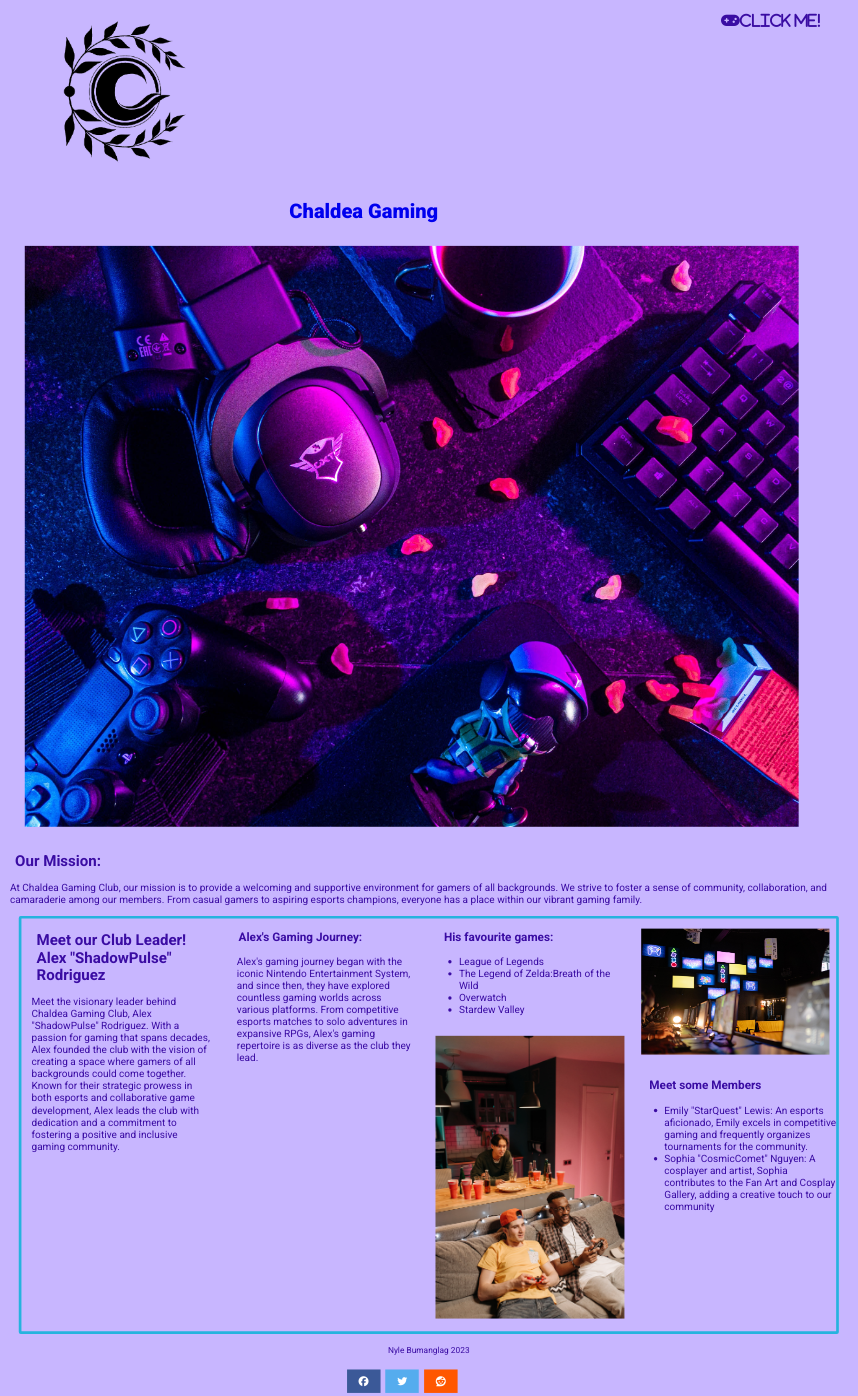
Repository: NyleNC/School-Projects
Page: Hmtl and CSS project/Club.html
An editor plug-in stored every save of this project. The page is shown before and after the next save, followed by the edit.
The browser window is 1280 px wide. The pictures show the whole page, at 67% of full size.
Some web libraries are served in a nearby version.

Above is the page before, as saved 2025-01-05 17:17:05.

After the next save:
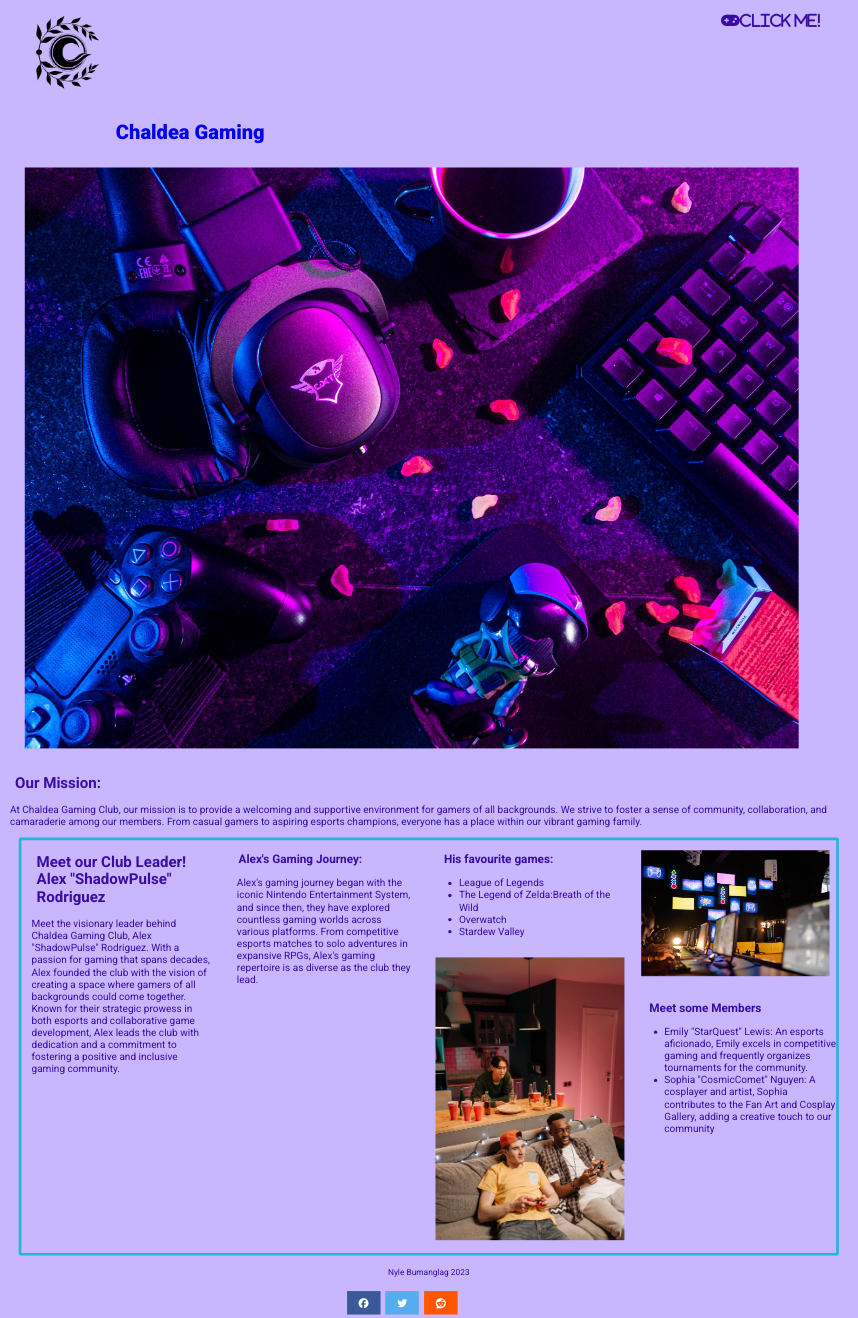
Saved 84 s later.
--- a/Hmtl and CSS project/Style.css
+++ b/Hmtl and CSS project/Style.css
@@ -128,9 +128,7 @@ legend {
 }
 .logo a{
     text-decoration: none;
-    width: 95%;
-    height: auto;
-    margin: 0 auto;
+
 }
 .about-bkgd{
     background-image:url(Images/aboutbackground.jpg);
